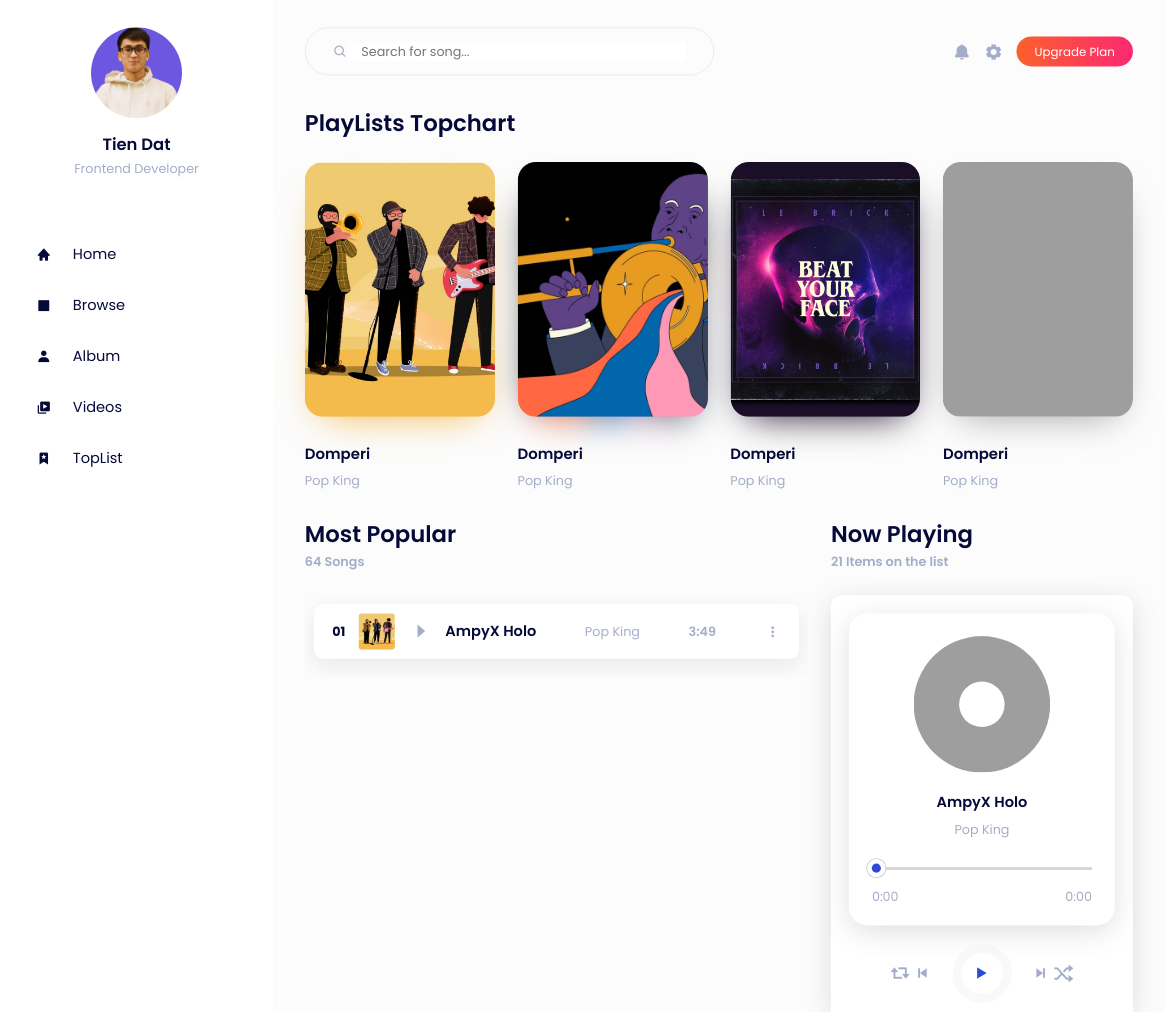
Repository: Datt21/music-webapp
Page: index.html
The author's editor kept a copy of each file at every save. The page is drawn from the files as they stood at one save, then again after the next save.
The browser window is 1280 px wide. The pictures show the whole page, at 91% of full size.
Pictures or frames that could not be fetched are drawn as grey boxes. The style sheet was rebuilt from its Sass, Less or Tailwind sources for each picture, by a compiler version that may differ from the author's.

Above is the page before, as saved 2021-09-05 07:23:06.

### index.html
<!DOCTYPE html>
<html lang="en">
<head>
    <meta charset="UTF-8">
    <meta http-equiv="X-UA-Compatible" content="IE=edge">
    <meta name="viewport" content="width=device-width, initial-scale=1.0">
    <title>Music App</title>
    <!--------------- Icon ------------------->
    <link href='https://unpkg.com/boxicons@2.0.9/css/boxicons.min.css' rel='stylesheet'>

    <!-------------- Fonts ------------------>
    <link rel="preconnect" href="https://fonts.gstatic.com" />
    <link
      href="https://fonts.googleapis.com/css2?family=Poppins:wght@300;400;600;700&display=swap"
      rel="stylesheet"
    />

    <!--------------- Css -------------------->
    <link rel="stylesheet" href="./app.css">

</head>
<body>
    <div class="wrapper">
        <div class="sidebar">
            <div class="profile">
                <img src="./images/img-me.jpg" alt="" class="profile-avatar">
                <h3 class="profile-name">Tien Dat</h3>
                <span class="profile-position">Frontend Developer</span>
            </div>

            <ul class="menu">
                <li class="menu-item">
                    <a href="#" class="menu-link">
                        <i class='bx bxs-home menu-icon'></i><span>Home</span>
                    </a>
                </li>
                <li class="menu-item">
                    <a href="#" class="menu-link">
                        <i class='bx bxs-square menu-icon'></i><span>Browse</span>
                    </a>
                </li>
                <li class="menu-item">
                    <a href="#" class="menu-link">
                        <i class='bx bxs-user menu-icon'></i><span>Album</span>
                    </a>
                </li>
                <li class="menu-item">
                    <a href="#" class="menu-link">
                        <i class='bx bxs-videos menu-icon'></i><span>Videos</span>
                    </a>
                </li>
                <li class="menu-item">
                    <a href="#" class="menu-link">
                        <i class='bx bxs-bookmark-star menu-icon'></i><span>TopList</span>
                    </a>
                </li>
            </ul>
        </div>
        <!------ main ------>
        <div class="main">
            <!-- header -->
            <div class="header">
                <div class="search">
                    <i class='bx bx-search search-icon'></i>
                    <input type="text" inputmode="search"
                    placeholder="Search for song..."
                    class="search-input"/>
                </div>
                <div class="tool">
                    <i class='bx bxs-bell tool-icon'></i>
                    <i class='bx bxs-cog tool-icon' ></i>
                    <a href="#" class="tool-upgrade">Upgrade plan</a>
                </div>
            </div>
            <!-- end header -->
            <div class="block-box">
                <h2 class="heading">PlayLists Topchart</h2>
            </div>
            <!-- list -->
            <div class="billboard">
                <div class="billboard-item">
                    <div class="billboard-media">
                        <img src="./images/musicband.jpg" alt="" class="billboard-image">
                        <img src="./images/musicband.jpg" alt="" class="billboard-image-shadow">
                    </div>
                    <h3 class="billboard-title">Domperi</h3>
                    <a href="#" class="billboard-type">Pop King</a>
                </div>
                <div class="billboard-item">
                    <div class="billboard-media">
                        <img src="./images/single.jpg" alt="" class="billboard-image">
                        <img src="./images/single.jpg" alt="" class="billboard-image-shadow">
                    </div>
                    <h3 class="billboard-title">Domperi</h3>
                    <a href="#" class="billboard-type">Pop King</a>
                </div>
                <div class="billboard-item">
                    <div class="billboard-media">
                        <img src="./images/Beat.jpg" alt="" class="billboard-image">
                        <img src="./images/Beat.jpg" alt="" class="billboard-image-shadow">
                    </div>
                    <h3 class="billboard-title">Domperi</h3>
                    <a href="#" class="billboard-type">Pop King</a>
                </div>
                <div class="billboard-item">
                    <div class="billboard-media">
                        <img src="./images/bc272ecce9bec415eb28b7fe65e99117.png" alt="" class="billboard-image">
                        <img src="./images/bc272ecce9bec415eb28b7fe65e99117.png" alt="" class="billboard-image-shadow">
                    </div>
                    <h3 class="billboard-title title">Domperi</h3>
                    <a href="#" class="billboard-type type">Pop King</a>
                </div>


            </div>
            <!-- end list -->
            <!-- content -->
            <div class="content">
                <!-- show lists -->
                <div class="content-item">
                    <div class="block-box">
                        <h2 class="heading">Most popular</h2>
                        <span class="count">64 Songs</span>
                    </div>

                    <div class="song-list">
                        <div class="song" data-index="0">
                            <span class="song-index">01</span>
                            <img src="./images/musicband.jpg" alt="" class="song-image">
                            <i class='bx bx-caret-right song-play' ></i>
                            <h4 class="song-title">AmpyX Holo</h4>
                            <h5 class="song-album">Pop King</h5>
                            <time class="song-time">3:49</time>
                            <i class='bx bx-dots-vertical-rounded song-icon'></i>
                        </div>
                    </div>
                </div>

                <!-- play list -->
                <div class="content-item">
                    <div class="block-box">
                        <h2 class="heading">Now playing</h2>
                        <span class="count">21 Items on the list</span>
                    </div>
                    <div class="player">
                        <div class="player-box">
                            <div class="player-media">
                                <img src="./images/bc272ecce9bec415eb28b7fe65e99117.png" alt="" class="player-image">
                            </div>
                            <h3 class="player-title title">AmpyX Holo</h3>
                            <span class="player-type type">Pop King</span>
                            <div class="progress">
                                <input
                                 type="range"
                                 min="0"
                                 max=""
                                 value="0"
                                 id="progress-bar"
                                 class="bar"
                                 />
                                 <audio src="./Files/TunePocket-Never-Give-Up-Preview.mp3"></audio>

                            </div>
                            <div class="player-number">
                                <span class="player-duration">0:00</span>
                                <span class="player-remaining">0:00</span>
                            </div>
                        </div>
                        <div class="player-tool">
                            <i class='bx bx-repost player-repeat'></i>
                            <i class='bx bx-skip-previous player-prev'></i>
                            <i class='bx bx-play player-play'></i>
                            <i class='bx bx-skip-next player-next'></i>
                            <i class='bx bx-shuffle player-ramdom'></i>
                        </div>
                    </div>
                </div>
            </div>
            <!-- end content -->


        </div>
        <!------ end main ------>
    </div>


    <!--========= JS =======-->
    <script src="./app.js"></script>
</body>
</html>

### app.scss
$gray: #050938;
$gray-light: #a4adc8;
$primary: #2b48d9;
$orange: #fb612c;
$red: #fc2872;

html {
    box-sizing: border-box;
}

* {
    margin: 0;
    padding: 0;
}

*,
*:before,
*:after {
    box-sizing: border-box;
}

input,
textarea,
select,
button {
    outline: none;
    font-family: "Poppins", sans-serif;
    font-size: 14px;
    line-height: normal;
}

label,
button {
    cursor: pointer;
}

a {
    text-decoration: none;
}

img {
    display: block;
    max-width: 100%;
}

ul {
    list-style: none;
}

body {
    font-family: "Poppins", sans-serif;
    font-size: 14px;
    line-height: 1;
    background-color: white;
    color: $gray-light;
    -webkit-font-smoothing: antialiased;
    -moz-osx-font-smoothing: grayscale;
    max-width: 1920px;
    margin: 0 auto;
}

.wrapper {
    display: grid;
    grid-template-columns: 300px 1fr;
    grid-gap: 0;
    background-color: #fcfcfc;
    min-height: 130vh;
}

.sidebar {
    padding: 30px;
    background-color: white;
}

.profile {
    text-align: center;
    margin-bottom: 70px;
    &-avatar {
        width: 100px;
        height: 100px;
        border-radius: 100rem;
        object-fit: cover;
        margin: 0 auto 20px;
        box-shadow: rgba(100, 100, 111, 0.2);
    }
    &-name {
        font-weight: 600;
        font-size: 18px;
        color: $gray;
        margin-bottom: 10px;
    }
}

.menu {
    &-item {
        margin-bottom: 20px;
    }
    &-link {
        display: flex;
        align-items: center;
        padding: 10px;
        color: $gray;
        font-size: 16px;
    }
    &-link:hover {
        color: $primary;
    }
    &-icon {
        width: 25px;
        margin-right: 15px;
    }
}

.main {
    padding: 30px 35px 0;
}

.header {
    display: flex;
    justify-content: space-between;
    align-items: center;
    margin-bottom: 40px;
}

.search {
    padding: 15px 30px;
    border: 1px solid #e9ebf2;
    border-radius: 100px;
    display: flex;
    align-items: center;
    width: 100%;
    max-width: 450px;
    &-icon {
        flex: 1;
        font-size: 16px;
    }
    &-input {
        border: 0;
        outline: none;
        width: 100%;
        padding: 0 15px;
    }
}

.tool {
    font-size: 20px;
    display: flex;
    align-items: center;
    &-icon {
        margin-right: 15px;
    }
    &-upgrade {
        display: inline-block;
        padding: 10px 20px;
        color: white;
        align-items: center;
        background-image: linear-gradient(to right, $orange, $red);
        border-radius: 50px;
        font-size: 13px;
        text-transform: capitalize;
    }
}

.block-box {
    margin-bottom: 30px;
}

.heading {
    font-size: 25px;
    color: $gray;
    margin-bottom: 10px;
    font-weight: 600;
    text-transform: capitalize;
}

.billboard {
    display: grid;
    grid-template-columns: repeat(4, 1fr);
    grid-gap: 25px;
    margin-bottom: 40px;
    &-media {
        position: relative;
    }
    &-image {
        width: 100%;
        height: 280px;
        object-fit: cover;
        margin-bottom: 30px;
        position: relative;
        z-index: 2;
        border-radius: 20px;
    }
    &-image-shadow {
        position: absolute;
        top: 20px;
        left: 0;
        filter: blur(24px);
        width: 100%;
        height: 100%;
        border-radius: 20px;
        transform: scale(0.85);
    }
    &-title {
        margin-bottom: 10px;
        color: $gray;
        font-weight: 600;
        text-transform: capitalize;
        display: -webkit-box;
        -webkit-line-clamp: 1;
        -webkit-box-orient: vertical;
        overflow: hidden;
        text-overflow: ellipsis;
        word-break: break-word;
        line-height: 1.4;
    }

    &-type {
        text-transform: capitalize;
        color: $gray-light;
    }
}

.count {
    font-weight: 600;
}

.content {
    display: grid;
    grid-template-columns: 2fr 1.2fr;
    grid-gap: 25px;
}

.song-list {
    padding: 10px;
    max-height: 420px;
    overflow-y: auto;
    -ms-overflow-style: none;
    scrollbar-width: none;
    &::-webkit-scrollbar {
        display: none;
    }
}

.song {
    padding: 10px 20px;
    background-color: white;
    border-radius: 10px;
    box-shadow: rgba(149, 157, 165, 0.2) 0px 8px 24px;
    display: flex;
    align-items: center;
    margin-bottom: 10px;
    cursor: pointer;
    &-index {
        font-weight: bold;
        color: $gray;
        margin-right: 15px;
    }
    &-image {
        width: 40px;
        height: 40px;
        border-radius: 4px;
        object-fit: cover;
        flex-shrink: 0;
    }
    &-play {
        margin: 0 15px;
        font-size: 25px;
    }
    &-title {
        font-weight: 600;
        font-size: 16px;
        color: $gray;
    }
    &-album {
        font-weight: 400;
        font-size: 14px;
        margin-left: auto;
    }
    &-time {
        margin: 0 auto;
        font-weight: 600;
    }
    &-icon {
        font-size: 18px;
        font-weight: 400;
    }
}

.player {
    background-color: white;
    padding: 20px;
    border-radius: 12px 12px 0 0;
    box-shadow: rgba(100, 100, 111, 0.2) 0px 7px 29px 0px;
    &-box {
        box-shadow: rgba(100, 100, 111, 0.2) 0px 7px 29px 0px;
        padding: 25px;
        display: flex;
        align-items: center;
        justify-content: center;
        flex-direction: column;
        text-align: center;
        border-radius: 20px;
        max-width: 300px;
        margin: 0 auto 30px;
    }
    &-media {
        position: relative;
        width: 150px;
        height: 150px;
        border-radius: 100rem;
        margin-bottom: 25px;
        &::before {
            content: "";
            width: 50px;
            height: 50px;
            background-color: white;
            border-radius: 100px;
            position: absolute;
            top: 50%;
            left: 50%;
            transform: translate(-50%, -50%);
            z-index: 10;
        }
    }
    &-image {
        width: 100%;
        height: 100%;
        object-fit: cover;
        border-radius: inherit;
    }
    &-number {
        display: flex;
        justify-content: space-between;
        align-items: center;
        width: 100%;
    }
    &-title {
        font-weight: 600;
        font-size: 16px;
        color: $gray;
        margin-bottom: 15px;
    }

    &-tool {
        display: flex;
        justify-content: center;
        align-items: center;
    }
    &-play {
        color: $primary;
        width: 45px;
        height: 45px;
        border-radius: 100rem;
        display: flex;
        justify-content: center;
        align-items: center;
        cursor: pointer;
        background-color: white;
        box-shadow: 0 0 0 10px rgba(#f2f3f4, 0.5);
        font-size: 25px;
        margin: 0 30px;
    }
    &-next,
    &-prev,
    &-repeat,
    &-ramdom {
        cursor: pointer;
        font-size: 25px;
    }
}

.progress {
    margin-bottom: 20px;
    margin-top: 25px;
    width: 100%;
    position: relative;
}

.player-title.title {
    width: 100%;
    align-self: stretch;
}

.bar {
    -webkit-appearance: none;
    width: 100%;
    height: 3px;
    background: #d3d3d3;
    outline: none;
    -webkit-transition: 0.2s;
    transition: opacity 0.2s;
}

.bar::-webkit-slider-thumb {
    -webkit-appearance: none;
    appearance: none;
    width: 10px;
    height: 10px;
    border-radius: 100rem;
    background-color: $primary;
    box-shadow: 0 0 0 5px white, 0 0 0 6px #ccc;
}

.bar::-moz-range-thumb {
    cursor: pointer;
    width: 10px;
    height: 10px;
    border-radius: 100rem;
    background-color: $primary;
    box-shadow: 0 0 0 5px white, 0 0 0 6px #ccc;
}

Loaded but not shown: app.js (no copy from this time; the picture is the same without it)

After the next save:
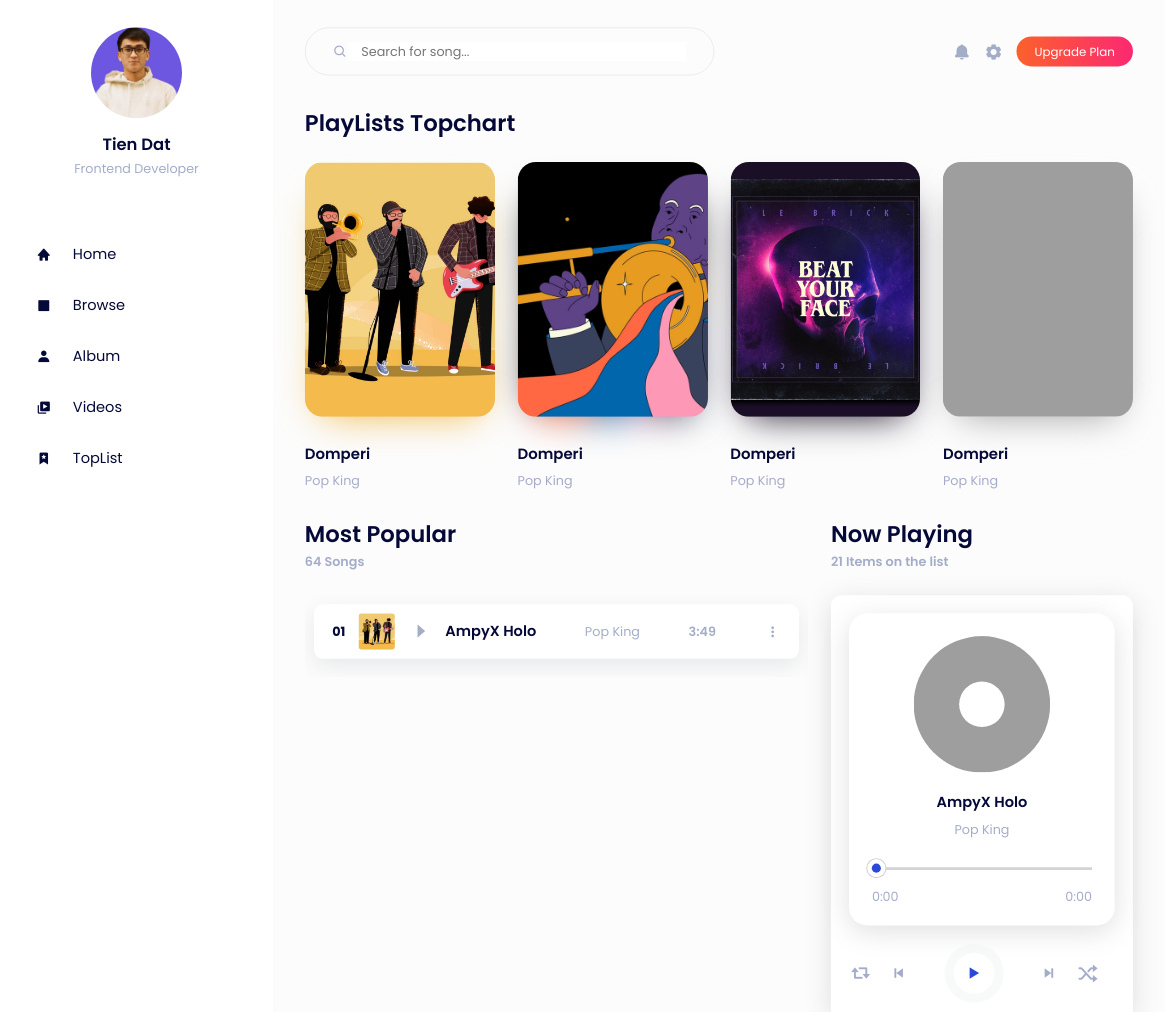
Saved 2 min 28 s later.
--- a/app.scss
+++ b/app.scss
@@ -343,8 +343,9 @@
 
     &-tool {
         display: flex;
-        justify-content: center;
-        align-items: center;
+        justify-content: space-between;
+        align-items: center;
+        max-width: 275px;
     }
     &-play {
         color: $primary;
